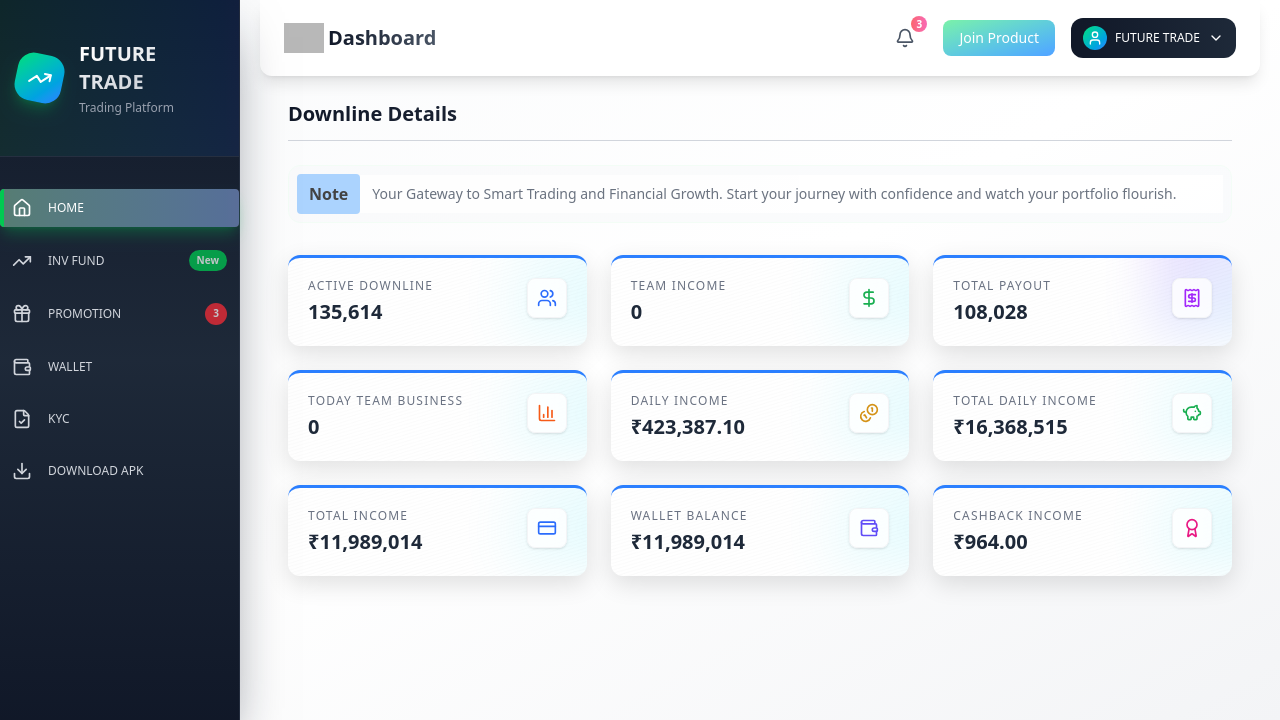
Repository: GauraVPandeyyy/Trade
Page: /
An editor plug-in stored every save of this project. The page is shown before and after the next save, followed by the edit.
The browser window is 1280 px wide. The pictures show the whole page.
Pictures or frames that could not be fetched are drawn as grey boxes. The project was rebuilt for these pictures with package versions that can differ from the ones it lists, and the page was loaded fresh each time. Some packages were replaced by stand-ins written for this rebuild. Also part of the build but not shown: vite.config.js, src/pages/Home.jsx, src/pages/InvFund.jsx, src/pages/Promotion.jsx, src/pages/Wallet.jsx, src/pages/Kyc.jsx, src/pages/DownloadApk.jsx.

Above is the page before, as saved 2025-08-02 13:38:35.

After the next save:
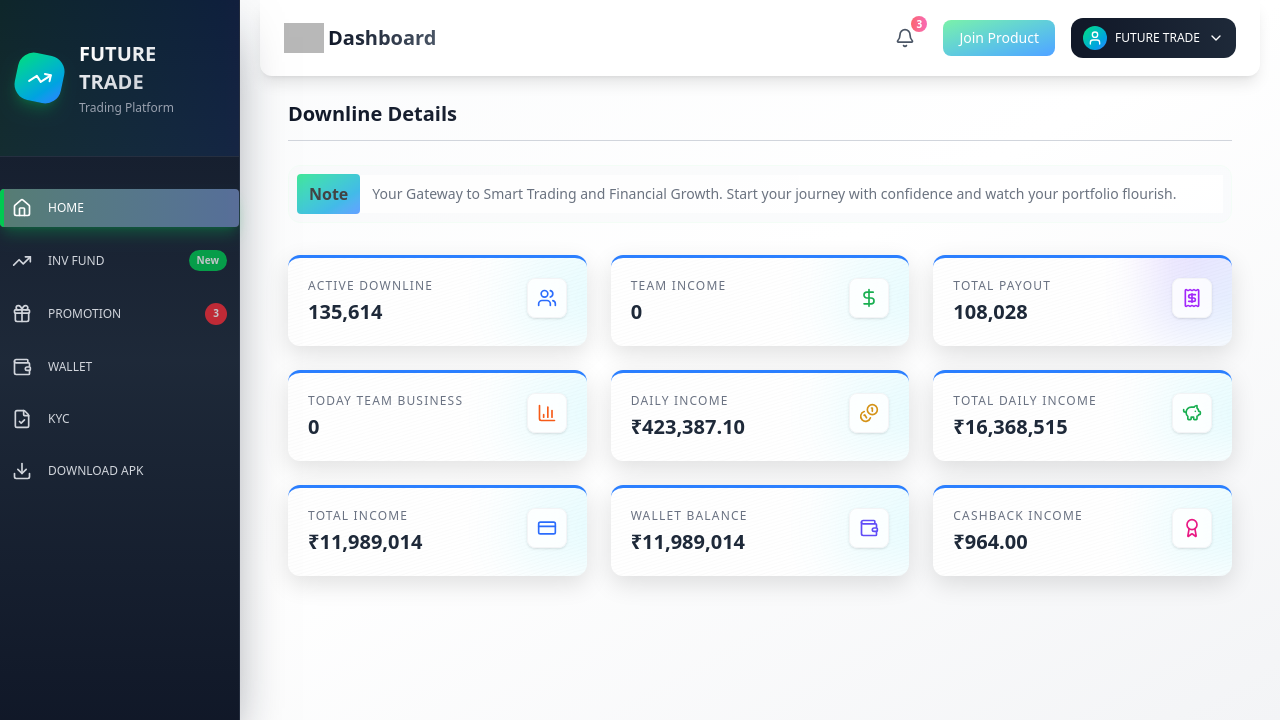
Saved 17 s later.
--- a/src/pages/Dashboard.jsx
+++ b/src/pages/Dashboard.jsx
@@ -106,7 +106,7 @@
                   <Gift size={20} />
                 </div> */}
 
-                <h5 className='font-bold bg-blue-300 px-3 py-2 rounded'>
+                <h5 className='font-bold bg-gradient-to-br from-green-400 to-blue-500 px-3 py-2 rounded'>
                   Note
                 </h5>
 
